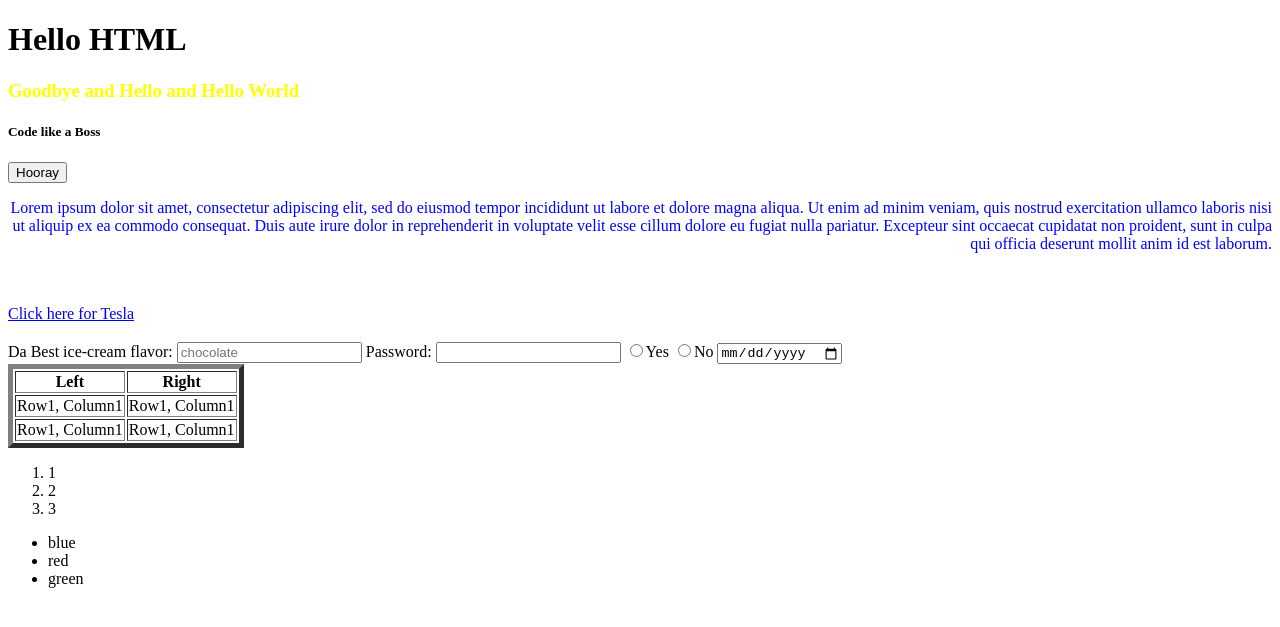
Repository: amilevich/1028PegaUSF
Page: workspace-sts-3.9.4.RELEASE/HelloHTML/src/main/webapp/index.html
An editor plug-in stored every save of this project. The page is shown before and after the next save, followed by the edit.
The browser window is 1280 px wide. The pictures show the whole page.

Above is the page before, as saved 2019-11-21 20:29:25.

After the next save:
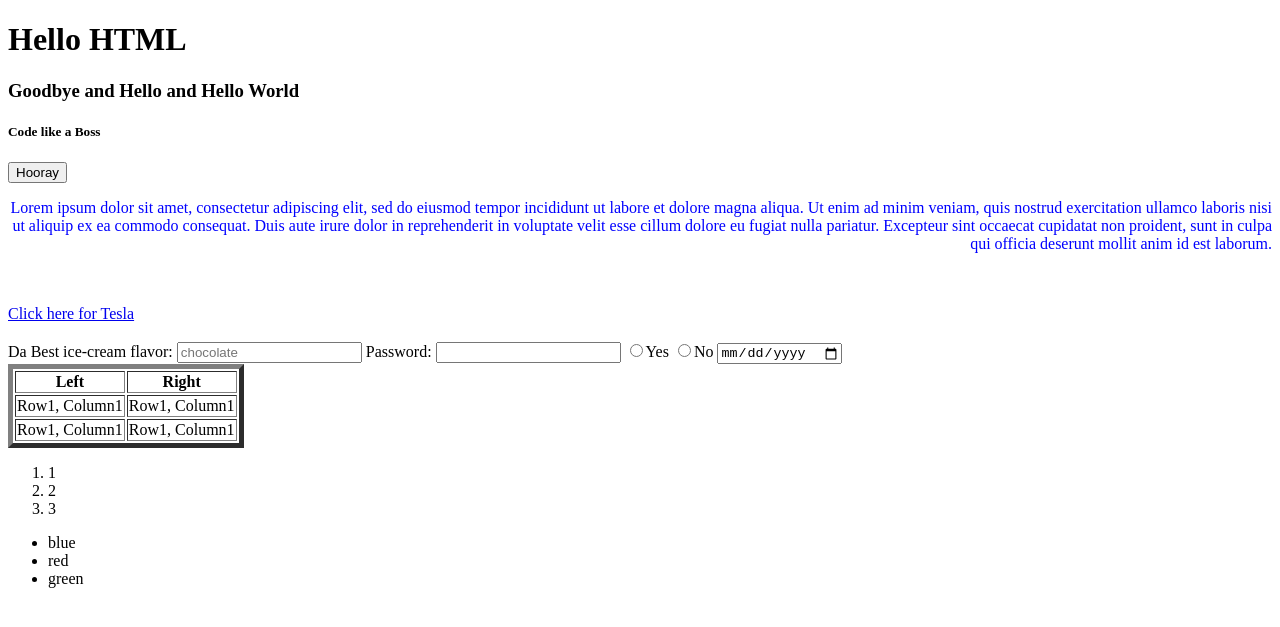
Saved 54 s later.
--- a/workspace-sts-3.9.4.RELEASE/HelloHTML/src/main/webapp/index.html
+++ b/workspace-sts-3.9.4.RELEASE/HelloHTML/src/main/webapp/index.html
@@ -6,9 +6,9 @@
 <link rel="stylesheet" type="text/css" href="style.css"/>
 </head>
 <body style= "background-color: white">
-<div style="color: black">
+<div class="headers">
 	<h1>Hello HTML</h1>
-	<h3 style="color:yellow">Goodbye and Hello and Hello World</h3>
+	<h3 id="hello">Goodbye and Hello and Hello World</h3>
 	<h5>Code like a Boss</h5>
 </div>
 	<button>Hooray</button>
